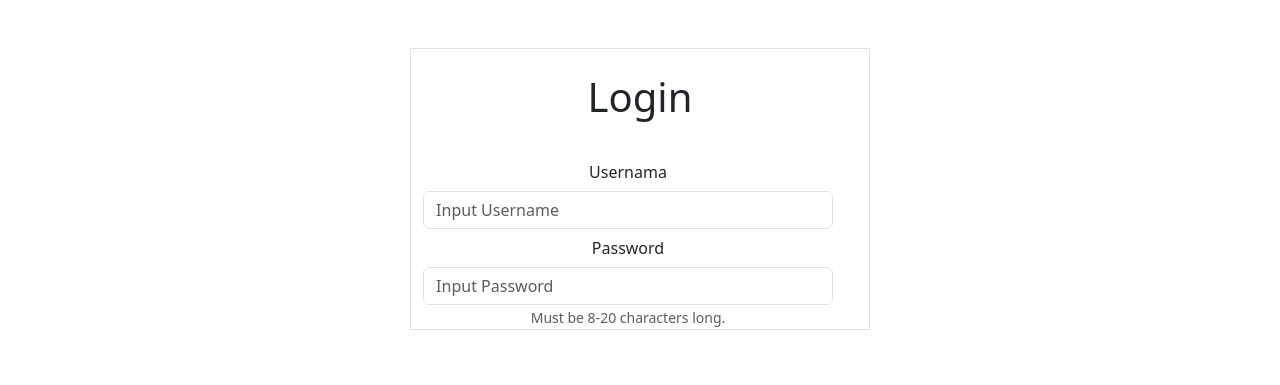
Repository: AHSANS354/Tugas-MSIB-5-GitHub
Page: http://localhost/tugas login/login.php
The author's editor kept a copy of each file at every save. The page is drawn from the files as they stood at one save, then again after the next save.
The browser window is 1280 px wide. The pictures show the whole page.
The page is run by PHP 8.4 with error messages shown; the project is at /var/www/html/.

Above is the page before, as saved 2023-09-27 23:12:44.

### tugas login/login.php
<!doctype html>
<html lang="en">
  <head>
    <meta charset="utf-8">
    <meta name="viewport" content="width=device-width, initial-scale=1">
    <title>Login</title>
    <link href="https://cdn.jsdelivr.net/npm/bootstrap@5.3.2/dist/css/bootstrap.min.css" rel="stylesheet" integrity="sha384-T3c6CoIi6uLrA9TneNEoa7RxnatzjcDSCmG1MXxSR1GAsXEV/Dwwykc2MPK8M2HN" crossorigin="anonymous">
  </head>
  <body>
    <div class="container d-flex justify-content-center align-items-center p-5">
        <div class="row text-center border">
            <div class="col m-4">
                <h1>Login</h1>
            </div>
            <div class="row d-flex flex-column">
                <label for="nama" class="col-form-label">Usernama</label>
                <div class="col-auto">
                <input class="form-control" name="nama" type="text" placeholder="Input Username" aria-label="default input example">
                </div>
                <div class="col-auto">
                    <label for="pass" class="col-form-label">Password</label>
                </div>
                <div class="col-auto">
                    <input type="password" id="pass" name="pass"placeholder="Input Password"  class="form-control" aria-describedby="passwordHelpInline">
                </div>
                <div class="col-auto">
                    <span id="passwordHelpInline" class="form-text">
                        Must be 8-20 characters long.
                    </span>
                </div>
            </div>
             </div>
            </div>
    <script src="https://cdn.jsdelivr.net/npm/bootstrap@5.3.2/dist/js/bootstrap.bundle.min.js" integrity="sha384-C6RzsynM9kWDrMNeT87bh95OGNyZPhcTNXj1NW7RuBCsyN/o0jlpcV8Qyq46cDfL" crossorigin="anonymous"></script>
  </body>
</html>

After the next save:
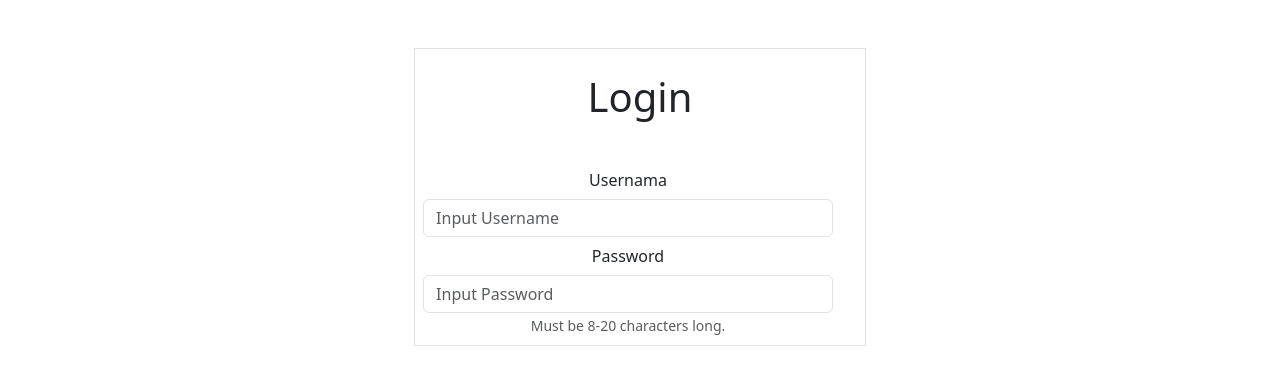
Saved 19 s later.
--- a/tugas login/login.php
+++ b/tugas login/login.php
@@ -12,7 +12,7 @@
             <div class="col m-4">
                 <h1>Login</h1>
             </div>
-            <div class="row d-flex flex-column">
+            <div class="row d-flex flex-column p-2">
                 <label for="nama" class="col-form-label">Usernama</label>
                 <div class="col-auto">
                 <input class="form-control" name="nama" type="text" placeholder="Input Username" aria-label="default input example">

After the save that followed:
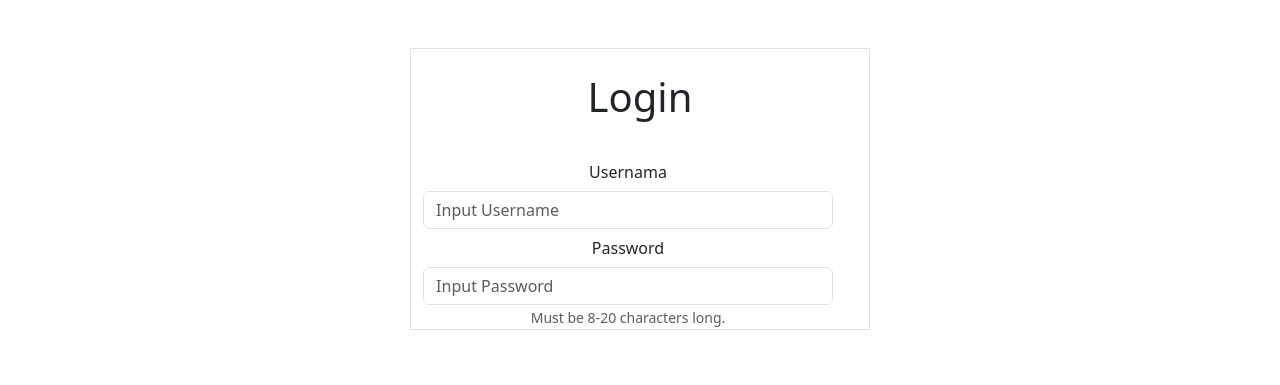
Saved 6 s later.
--- a/tugas login/login.php
+++ b/tugas login/login.php
@@ -12,7 +12,7 @@
             <div class="col m-4">
                 <h1>Login</h1>
             </div>
-            <div class="row d-flex flex-column p-2">
+            <div class="row d-flex flex-column">
                 <label for="nama" class="col-form-label">Usernama</label>
                 <div class="col-auto">
                 <input class="form-control" name="nama" type="text" placeholder="Input Username" aria-label="default input example">
